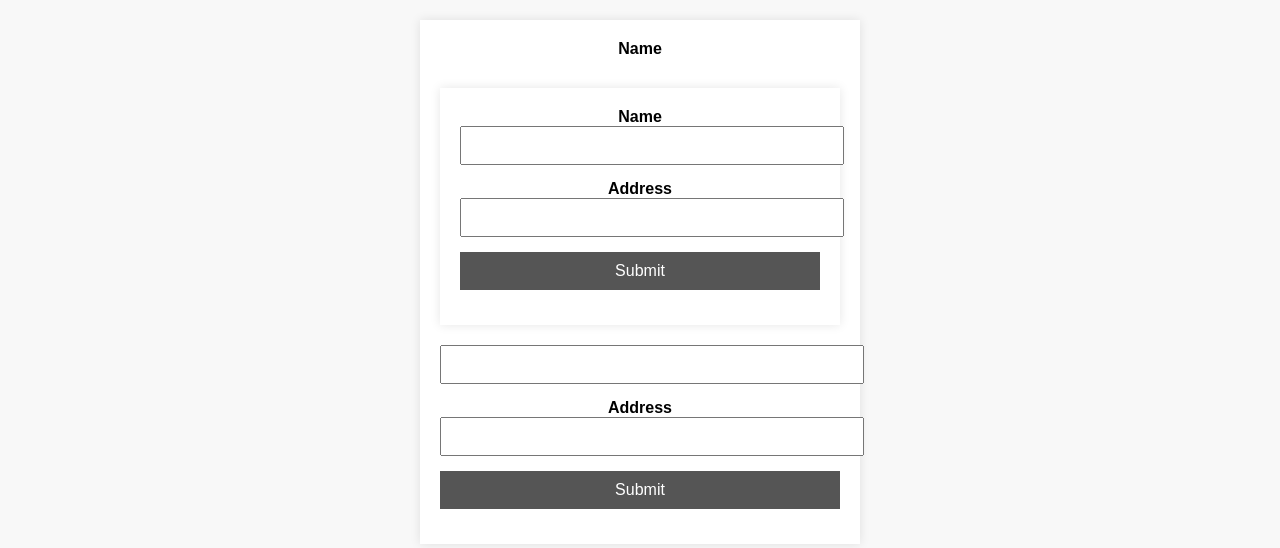
Repository: sahildhargave/static-web-go
Page: static-web/form.html
These files come from the project's save history. The page is drawn as it stood at one moment and after the next save; the edit follows.
The browser window is 1280 px wide. The pictures show the whole page.

Above is the page before, as saved 2024-02-17 03:20:36.

### static-web/form.html
<!DOCTYPE html>

<html>
 <head>
 <meta charset="UTF-8"/>

 </head>
 <body>
  <div>
   <form method="POST" action="/form">
	<label>Name</label><!DOCTYPE html>

<html lang="en">

<head>
    <meta charset="UTF-8" />
    <style>
        body {
            font-family: Arial, sans-serif;
            background-color: #f8f8f8;
            margin: 0;
            padding: 0;
            box-sizing: border-box;
            text-align: center;
        }

        div {
            max-width: 400px;
            margin: 20px auto;
            padding: 20px;
            background-color: white;
            box-shadow: 0 0 10px rgba(0, 0, 0, 0.1);
        }

        form {
            display: flex;
            flex-direction: column;
        }

        label {
            margin-bottom: 10px;
            font-weight: bold;
        }

        input {
            padding: 10px;
            margin-bottom: 15px;
            width: 100%;
        }

        input[type="submit"] {
            background-color: #555;
            color: white;
            padding: 10px 20px;
            font-size: 16px;
            border: none;
            cursor: pointer;
        }

        input[type="submit"]:hover {
            background-color: #333;
        }

        .success-toast {
            display: none;
            background-color: #4CAF50;
            color: white;
            text-align: center;
            padding: 15px;
            position: fixed;
            bottom: 20px;
            left: 50%;
            transform: translateX(-50%);
            z-index: 1;
        }
    </style>
</head>

<body>
    <div>
        <form method="POST" action="/form" onsubmit="showSuccessToast()">
            <label for="name">Name</label>
            <input name="name" type="text" value="" required />

            <label for="address">Address</label>
            <input name="address" type="text" value="" required />

            <input type="submit" value="Submit" />
        </form>
    </div>

    <div class="success-toast" id="successToast">
        Successfully Submitted!
    </div>

    <script>
        function showSuccessToast() {
            document.getElementById("successToast").style.display = "block";
            setTimeout(function () {
                document.getElementById("successToast").style.display = "none";
            }, 3000); // Hide after 3 seconds
        }
    </script>
</body>

</html>

	<input name="name"
	type="text"
	value=""
	/>
	<label>
		Address
		</label>
		<input
		name="address"
		type="text"
		value=""
		/>
		<input
		type="submit"
		value="Submit" />
   </form>
  </div>
 </body>
</html>

After the next save:
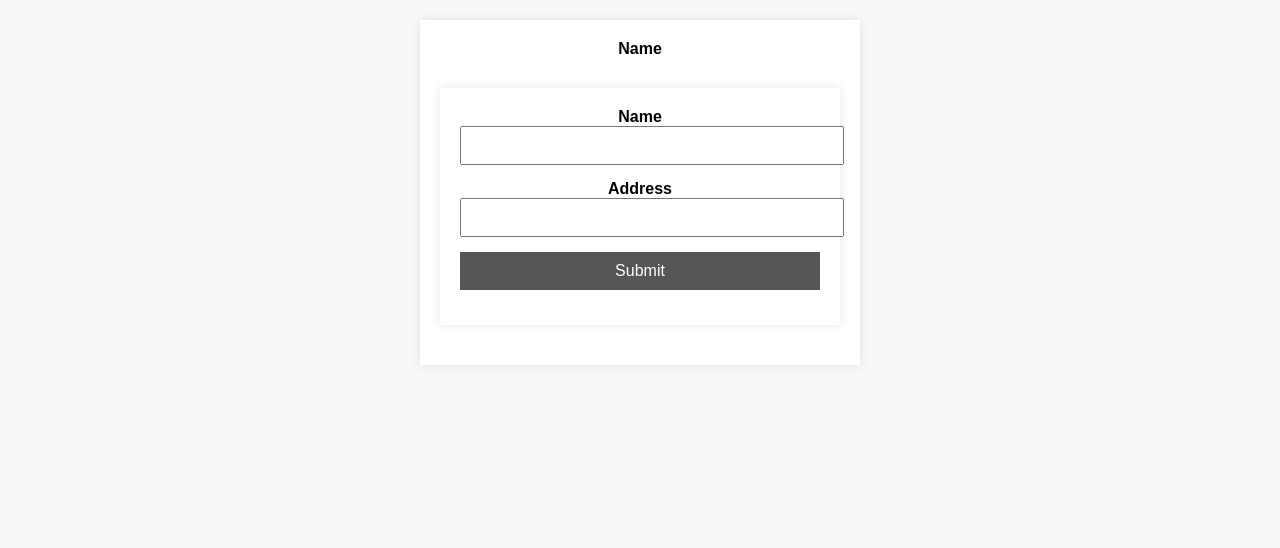
Saved 11 s later.
--- a/static-web/form.html
+++ b/static-web/form.html
@@ -104,23 +104,3 @@
 </body>
 
 </html>
-
-	<input name="name"
-	type="text"
-	value=""
-	/>
-	<label>
-		Address
-		</label>
-		<input
-		name="address"
-		type="text"
-		value=""
-		/>
-		<input
-		type="submit"
-		value="Submit" />
-   </form>
-  </div>
- </body>
-</html>
